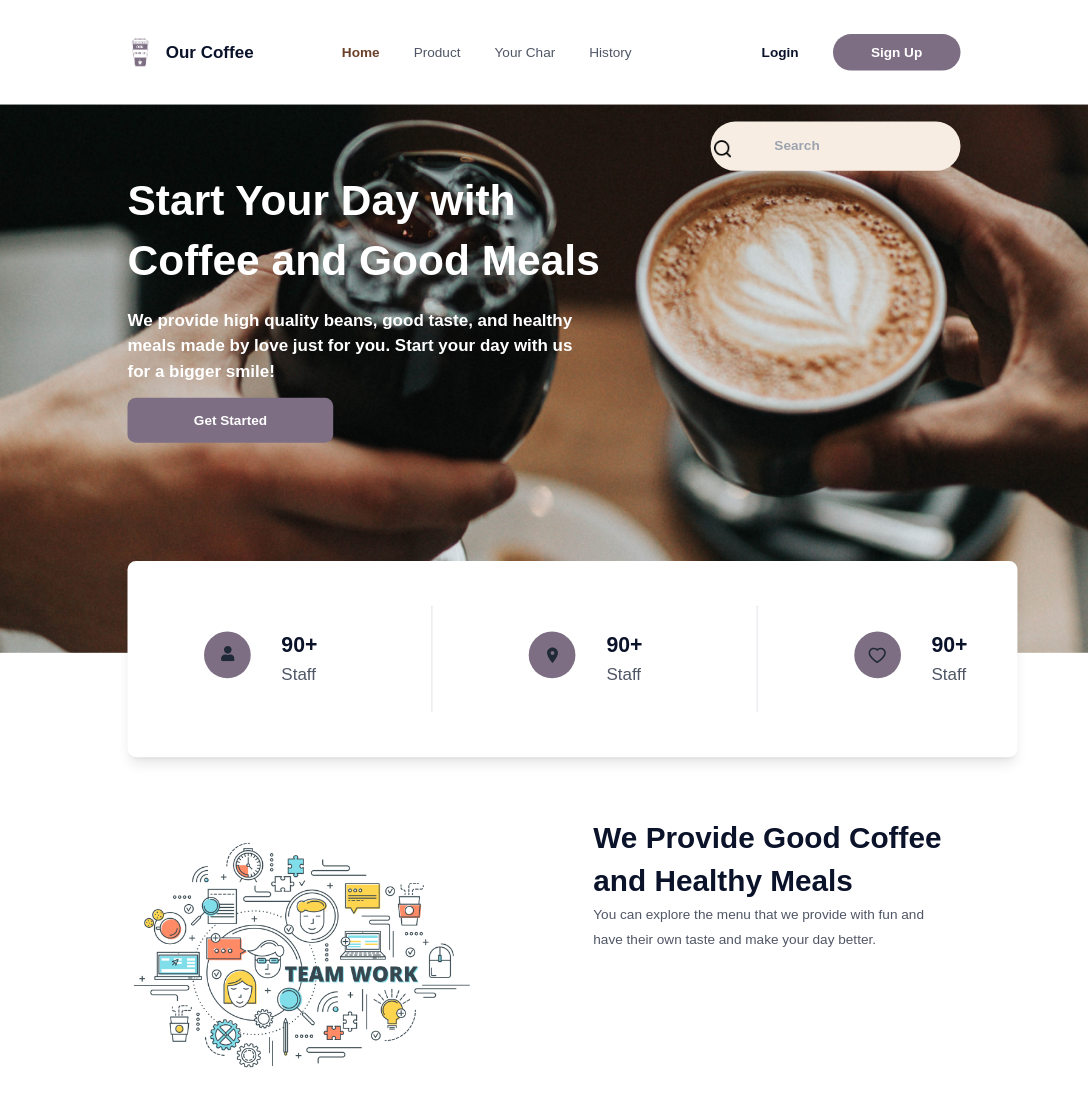
Repository: boykebn/fw12-collab2-FRONTEND
Page: / (app in our/)
The author's editor kept a copy of each file at every save. The page is drawn from the files as they stood at one save, then again after the next save.
The browser window is 1280 px wide. The pictures show the whole page, at 85% of full size.
The project was rebuilt for these pictures with package versions that can differ from the ones it lists, and the page was loaded fresh each time. The framework's server and built-in components were replaced by stand-ins that run in the browser. Also part of the build but not shown: our/next.config.js.

Above is the page before, as saved 2022-12-30 22:40:41.

After the next save:
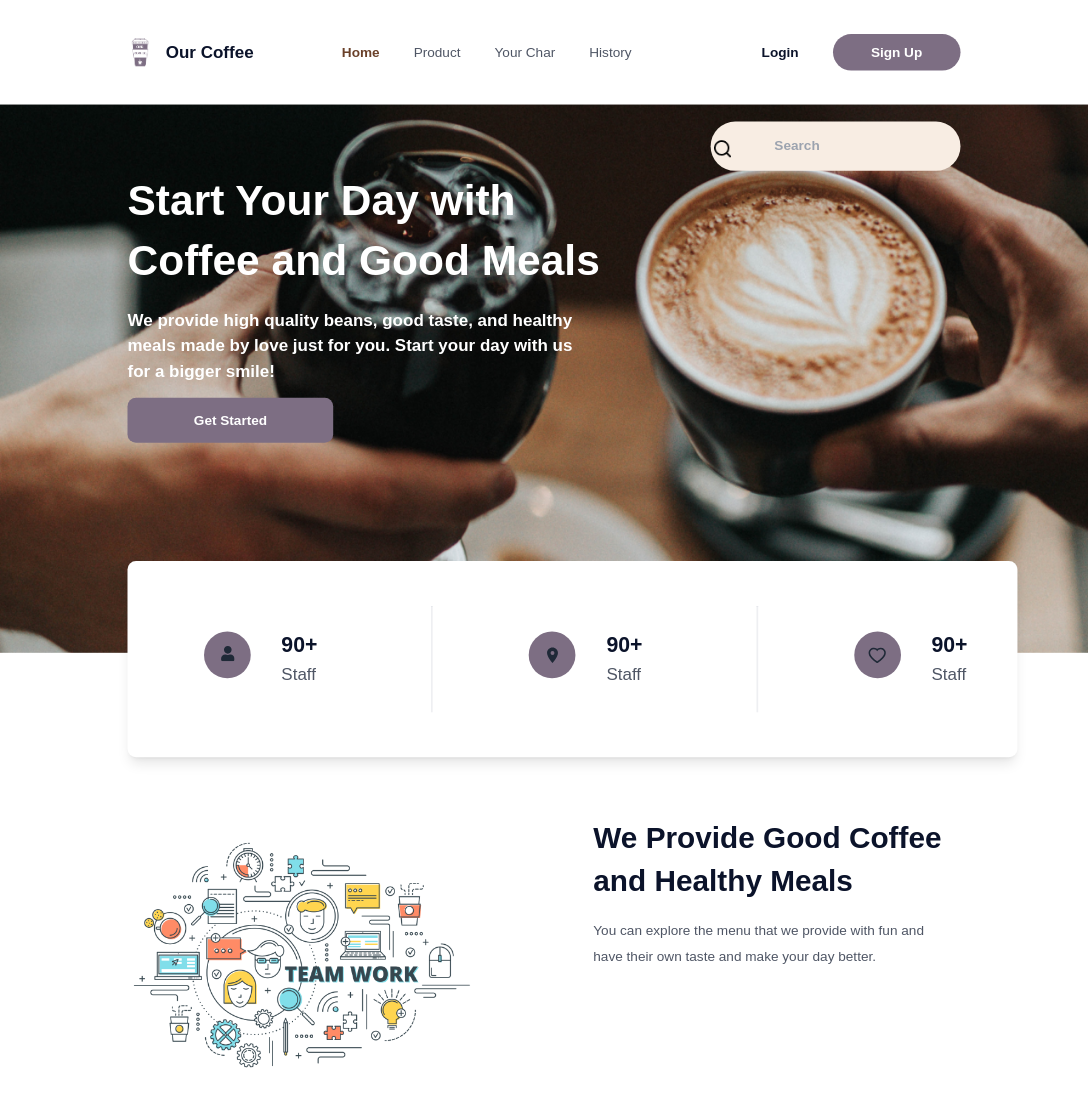
Saved 11 s later.
--- a/our/pages/index.js
+++ b/our/pages/index.js
@@ -86,7 +86,7 @@ export default function Home() {
         </div>
         <div>
           <div>
-            <p className="text-[#0B132A] text-[35px] font-bold leading-[50px] w-[432px]">We Provide Good Coffee and Healthy Meals</p>
+            <p className="text-[#0B132A] text-[35px] font-bold leading-[50px] w-[432px] mb-[19px]">We Provide Good Coffee and Healthy Meals</p>
             <p className="text-[#4F5665] text-[16px] leading-[30px] w-[427px]">You can explore the menu that we provide with fun and have their own taste and make your day better.</p>
           </div>
         </div>
